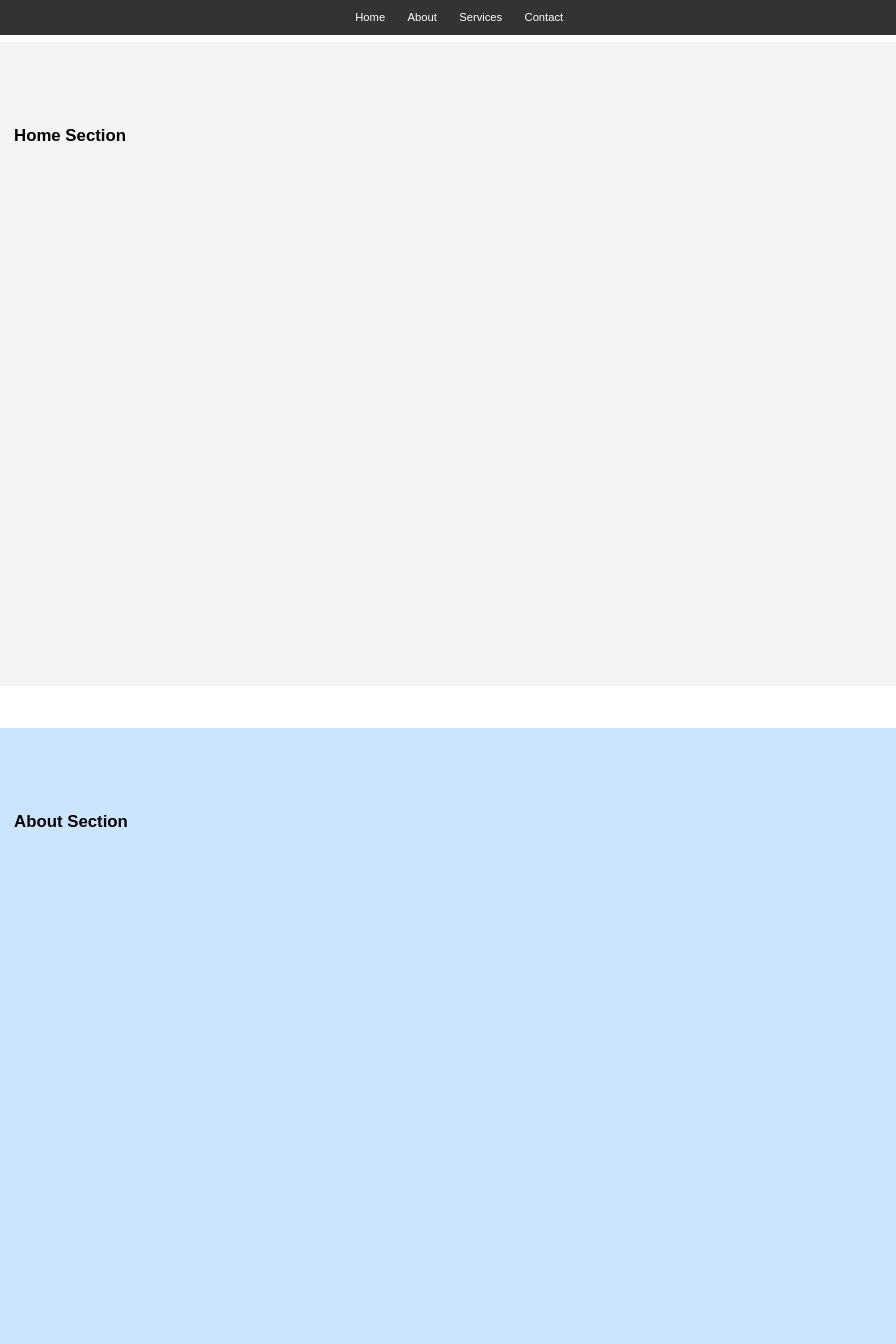
Repository: danichimescu/tema_unu_
Page: index.html
These files come from the project's save history. The page is drawn as it stood at one moment and after the next save; the edit follows.
The browser window is 1280 px wide. The pictures show the part of the page from y = 0 to 1920 px (the page is 3920 px tall), at 70% of full size.

Above is the page before, as saved 2025-10-06 01:33:25.

### index.html
<!DOCTYPE html>
<html lang="en">
<head>
  <meta charset="UTF-8">
  <meta name="viewport" content="width=device-width, initial-scale=1.0">
  <title>Document</title>
</head>
<body>

</body>
</html>

<!DOCTYPE html>
<html lang="en">
<head>
  <meta charset="UTF-8" />
  <meta name="viewport" content="width=device-width, initial-scale=1.0" />
  <title>Sovis Print</title>
  <script src="main.js" defer></script>
  <link rel="stylesheet" href="style.css" />
</head>

<body>

  <nav>
    <a href="#home">Home</a>
    <a href="#about">About</a>
    <a href="#services">Services</a>
    <a href="#contact">Contact</a>
  </nav>

  <section id="home">
    <h1>Home Section</h1>
  </section>
  <section id="about">
    <h1>About Section</h1>
  </section>
  <section id="services">
    <h1>Services Section</h1>
  </section>
  <section id="contact">
    <h1>Contact Section</h1>
  </section>

</body>

</html>

### style.css
/* ce e html? */
/* https://www.w3schools.com/cssref/pr_scroll-behavior.php#:~:text=This%20is%20default-,smooth,property%20to%20its%20default%20value. */

html {
    scroll-behavior: smooth;
}

body {
    font-family: sans-serif;
    margin: 0;
}

nav {
    position: fixed;
    top: 0;
    width: 100%;
    background: #333;
    padding: 1rem;
    display: flex;
    justify-content: center;
    gap: 2rem;
}

nav a {
    color: white;
    text-decoration: none;
}

section {
    padding: 100px 20px;
    margin-top: 60px;
    height: 100vh;
}

#home {
    background: #f4f4f4;
}

#about {
    background: #cce5ff;
}

#services {
    background: #d4edda;
}

#contact {
    background: #fff3cd;
}

Loaded but not shown: main.js (no stored copy; drawn as an empty file)

After the next save:
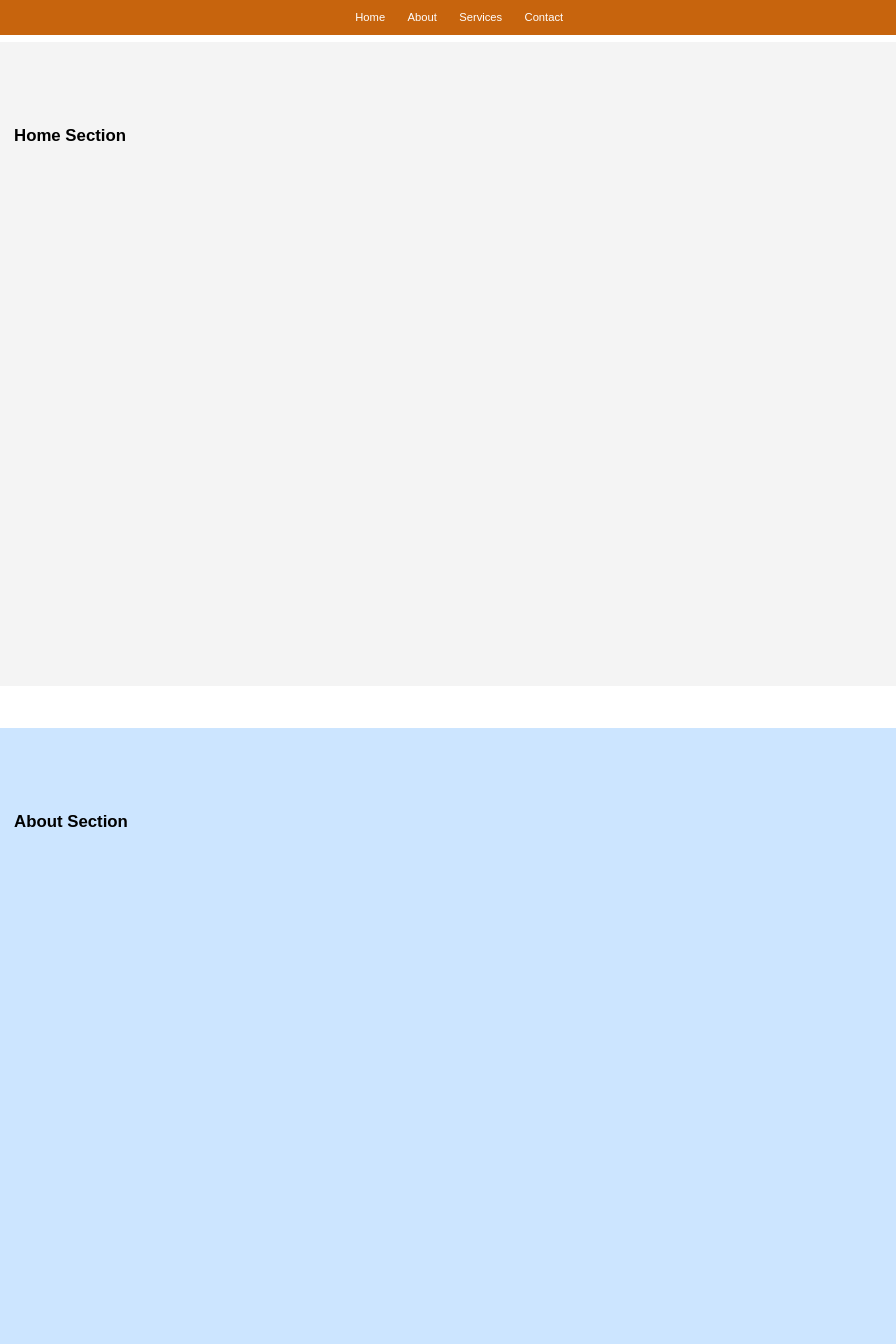
Saved 34 s later.
--- a/style.css
+++ b/style.css
@@ -14,7 +14,7 @@ nav {
     position: fixed;
     top: 0;
     width: 100%;
-    background: #333;
+    background: #c7640d;
     padding: 1rem;
     display: flex;
     justify-content: center;
